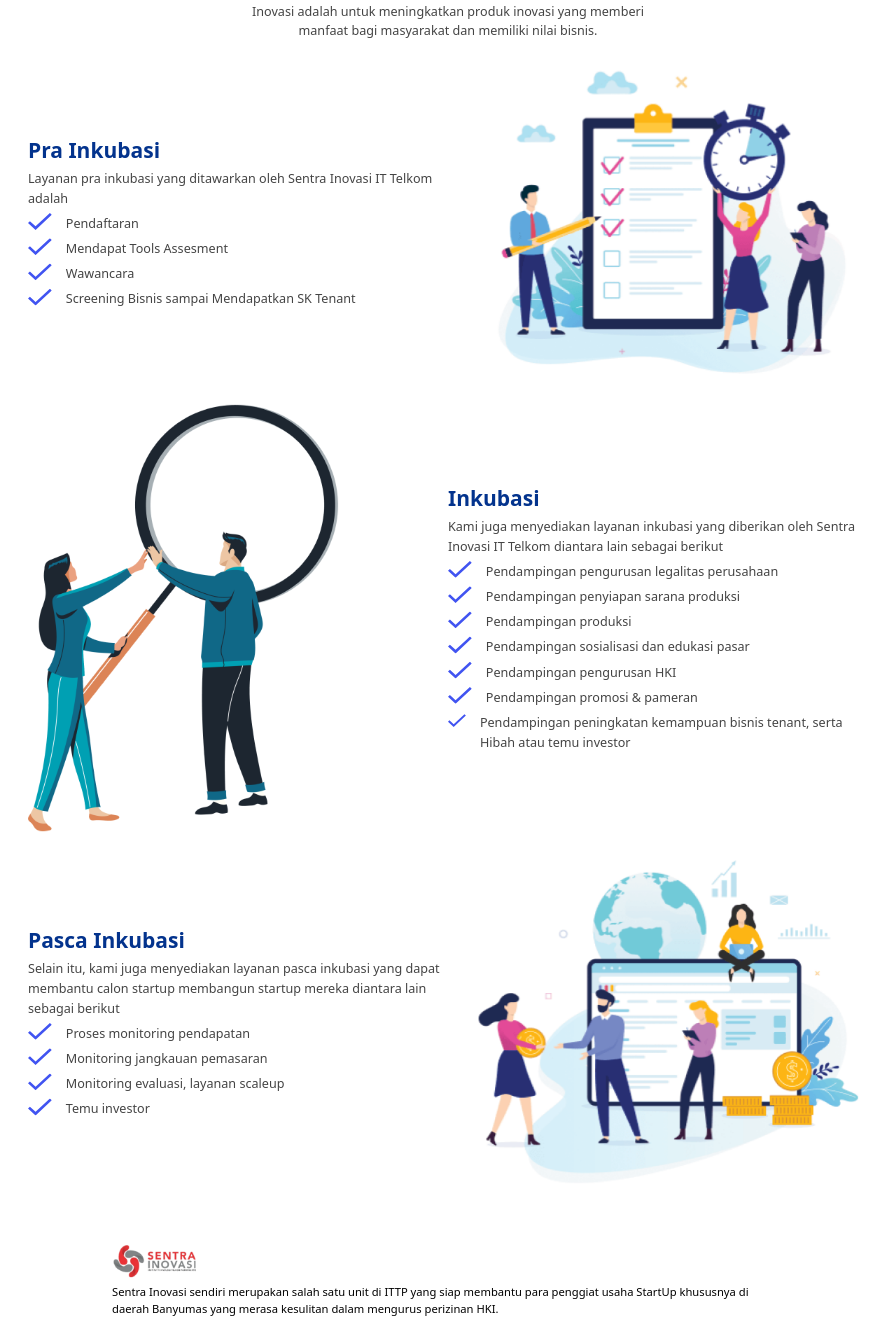
Repository: whytrno/sinovi-products
Page: /
An editor plug-in stored every save of this project. The page is shown before and after the next save, followed by the edit.
The browser window is 1280 px wide. The pictures show the part of the page from y = 1629 to 3549 px (the page is 3510 px tall before and 3549 px after), at 70% of full size.
The project was rebuilt for these pictures with package versions that can differ from the ones it lists, and the page was loaded fresh each time. The framework's server and built-in components were replaced by stand-ins that run in the browser. Also part of the build but not shown: next.config.js, components/Produk.js.

Above is the page before, as saved 2023-02-24 12:10:06.

After the next save:
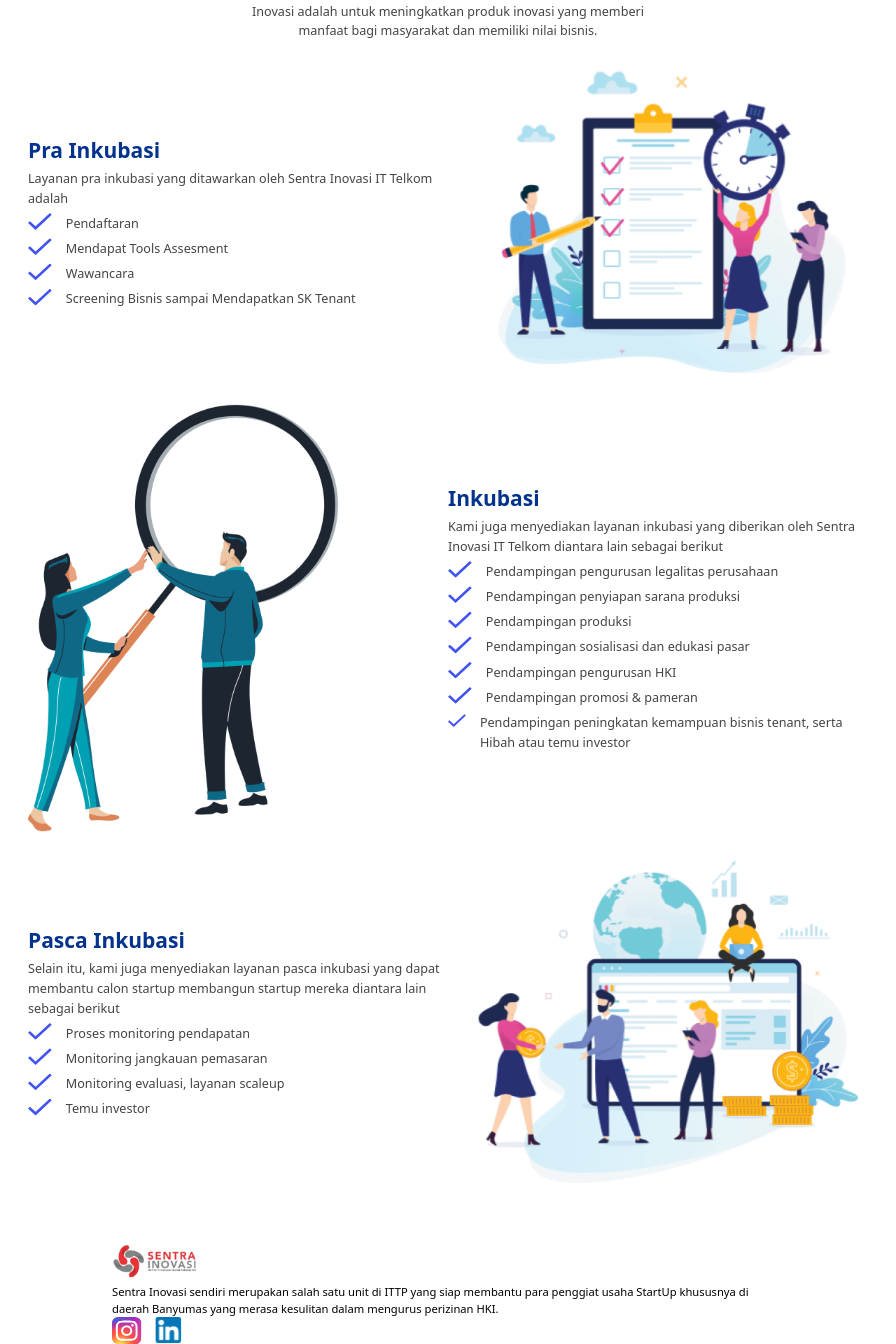
Saved 23 s later.
--- a/components/Footer.js
+++ b/components/Footer.js
@@ -1,8 +1,16 @@
+import InstagramIcon from "./Icon/InstagramIcon";
+import LinkedinIcon from "./Icon/LinkedinIcon";
+
 export default function Footer() {
     return (
         <div className="px-40">
             <img src="./logo/sinovi.png" />
             <p>Sentra Inovasi sendiri merupakan salah satu unit di ITTP yang siap membantu para penggiat usaha StartUp khususnya di daerah Banyumas yang merasa kesulitan dalam mengurus perizinan HKI.</p>
+
+            <div className="flex gap-5">
+                <InstagramIcon />
+                <LinkedinIcon />
+            </div>
         </div>
     )
 }
